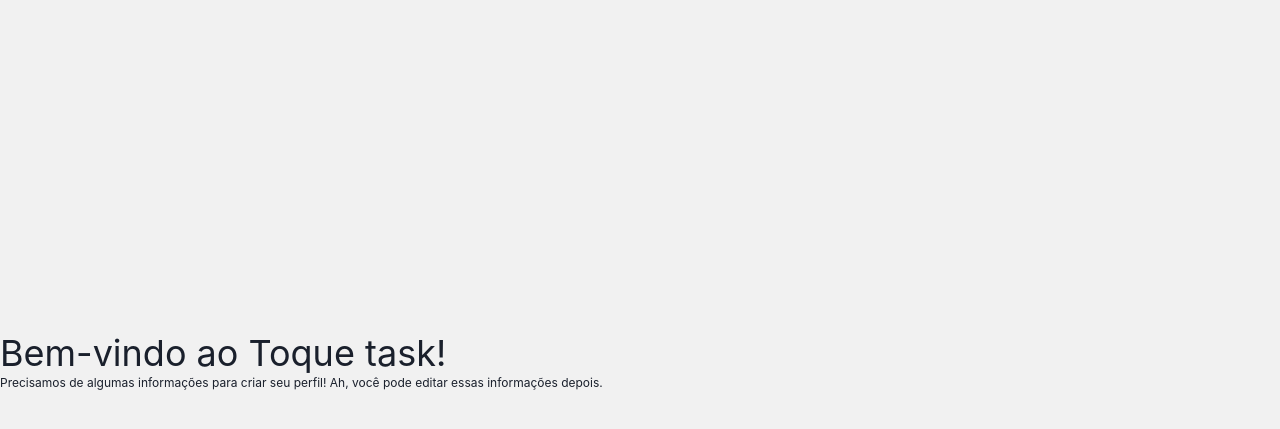
Repository: jorgelucasjs/chakra-ui-doc
Page: /
An editor plug-in stored every save of this project. The page is shown before and after a run of saves, followed by the edit.
The browser window is 1280 px wide. The pictures show the whole page.
The project was rebuilt for these pictures with package versions that can differ from the ones it lists, and the page was loaded fresh each time.

Above is the page before, as saved 2023-01-06 14:04:45.

After the next 3 saves:
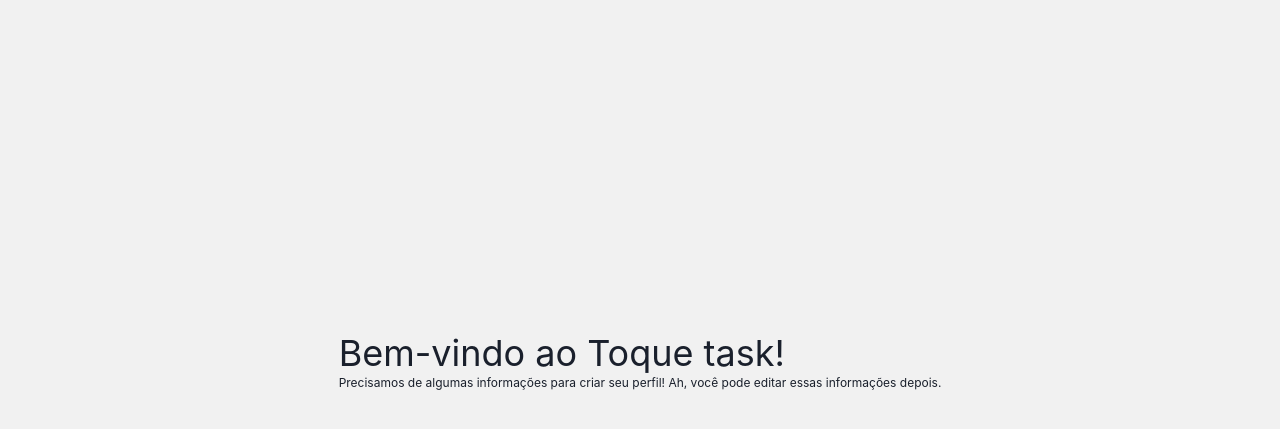
The 3 saves are shown as one change because they came seconds apart.
The last was saved 10 s later.
--- a/src/pages/index.tsx
+++ b/src/pages/index.tsx
@@ -5,14 +5,12 @@
 export default function index(): JSX.Element {
 
 	return (
-		<Wrap bg={'#F1F1F1'} height='100vh'>
-			<Flex justify={'center'} align='center'  bg={'#F1F1F1'} height='100vh'>
-				<Box>
-					<Text fontSize='4xl'>Bem-vindo ao Toque task!</Text>
-					<Text fontSize='xs'>Precisamos de algumas informações para criar seu perfil! Ah,
+		<Flex justify={'center'} align='center' bg={'#F1F1F1'} height='100vh'>
+			<Box>
+				<Text fontSize='4xl'>Bem-vindo ao Toque task!</Text>
+				<Text fontSize='xs'>Precisamos de algumas informações para criar seu perfil! Ah,
 					você pode editar essas informações depois.</Text>
-				</Box>
-			</Flex>
-		</Wrap>
+			</Box>
+		</Flex>
 	);
 }
